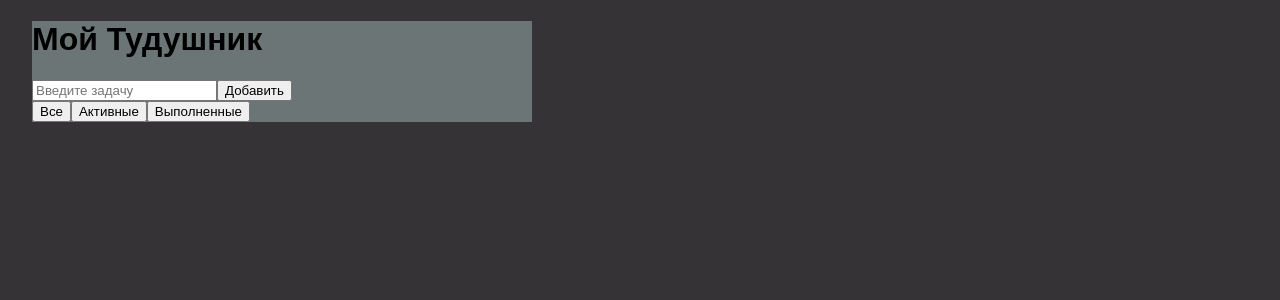
Repository: AlekCawka/-todo-project
Page: /
The author's editor kept a copy of each file at every save. The page is drawn from the files as they stood at one save, then again after the next save.
The browser window is 1280 px wide. The pictures show the whole page.
The project was rebuilt for these pictures with package versions that can differ from the ones it lists, and the page was loaded fresh each time. Also part of the build but not shown: vite.config.js.

Above is the page before, as saved 2025-08-06 22:01:38.

### src/main.jsx
import React from 'react'
import ReactDOM from 'react-dom/client'
import App from './App.jsx'

ReactDOM.createRoot(document.getElementById('root')).render(
  <React.StrictMode>
    <App />
  </React.StrictMode>
)

### src/App.jsx
import React, { useState } from 'react';
import { useTodos } from './hooks/useTodos';

import './App.css';

const App = () => {
  const { todos, addTodo, deleteTodo, updateTodo, toggleCompleted } = useTodos();
  const [inputValue, setInputValue] = useState('');
  const [filter, setFilter] = useState('all');

  const handleAdd = () => {
    addTodo(inputValue);
    setInputValue('');
  }

  const handleChange = (e) => {
    setInputValue(e.target.value);
  }

  const getFilteredTodos = (todos, filter) => {
    switch (filter) {
      case 'active':
        return todos.filter(todo => !todo.completed);
      case 'completed':
        return todos.filter(todo => todo.completed);
      default:
        return todos;
    }
  };

  const filteredTodos = getFilteredTodos(todos, filter);

  return (
    <div className="container">
      <h1 className="title">Мой Тудушник</h1>

      <div className="form">
        <input
          type="text"
          placeholder="Введите задачу"
          value={inputValue}
          onChange={handleChange}
        />
        <button onClick={handleAdd}>Добавить</button>
      </div>

      <div className="filters">
        <button onClick={() => setFilter('all')}>Все</button>
        <button onClick={() => setFilter('active')}>Активные</button>
        <button onClick={() => setFilter('completed')}>Выполненные</button>
      </div>

      <ul className="list">
        {filteredTodos.map(todo => (
          <li key={todo.id} className="todo-item">
            <input
              type="checkbox"
              checked={todo.completed}
              onChange={() => toggleCompleted(todo.id)}
            />
            <span
              style={{ textDecoration: todo.completed ? 'line-through' : 'none' }}
            >
              {todo.text}
            </span>
            <button onClick={() => {
              const newText = prompt('Новое значение:', todo.text);
              if (newText) updateTodo(todo.id, newText);
            }}>Редактировать</button>
            <button onClick={() => deleteTodo(todo.id)}>Удалить</button>
          </li>
        ))}
      </ul>
    </div>
  );
};

export default App;

### src/hooks/useTodos.js
import { useState, useEffect } from 'react';
import { Trash2, Edit, Clock, Calendar, CheckSquare, Square } from 'lucide-react';

const generateId = () => crypto?.randomUUID?.() || `${Date.now()}-${Math.random()}`;

export const useTodos = () => {
    const [todos, setTodos] = useState([]);

    const normalize = (text) => text.trim().toLowerCase();

    useEffect(() => {
        const stored = localStorage.getItem('todos');
        if (stored) {
            setTodos(JSON.parse(stored));
        }
    }, []);

    useEffect(() => {
        localStorage.setItem('todos', JSON.stringify(todos));
    }, [todos]);

    const addTodo = (text, deadline = null) => {
        const trimmed = text.trim();

        if (!trimmed) return;

        const isDuplicate = todos.some(todo => normalize(todo.text) === normalize(text));

        if (isDuplicate) {
            return;
        }

        const newTodo = {
            id: generateId(),
            text: trimmed,
            completed: false,
            createdAt: new Date().toISOString(),
            deadline: deadline || null,
        };
        setTodos(prevTodos => [newTodo, ...prevTodos]);
    };

    const deleteTodo = (id) => {
        setTodos(prev => prev.filter(todo => todo.id !== id));
    };

    const updateTodo = (id, updates) => {
        setTodos(prev =>
            prev.map(todo =>
                todo.id === id ?
                    { ...todo, ...updates } : todo
            )
        );
    };

    const toggleCompleted = (id) => {
        setTodos(prev =>
            prev.map(todo =>
                todo.id === id ?
                    { ...todo, completed: !todo.completed } : todo
            )
        )
    }

    return {
        todos,
        addTodo,
        deleteTodo,
        updateTodo,
        toggleCompleted
    };
};

### src/App.css
body {
    margin: 0;
    padding: 0;
    background: rgb(53, 51, 54);
    font-family: sans-serif;
}

.container {
    max-width: 500px;
    background-color: rgb(108, 117, 117);
    margin: 16px 32px;
}
/* body {
    font-family: sans-serif;
    background: rgb(53, 51, 54);
    margin: 0;
    padding: 0;
}

.container {
    max-width: 500px;
    margin: 20px auto;
    padding: 32px 16px;
    background-color: rgb(108, 117, 117);
}

.title {
    text-align: center;
    font-size: 28px;
    margin-bottom: 2rem;
    color: white;
}

.form {
    display: flex;
    gap: 10px;
    margin-bottom: 14px;
}

.form input {
    flex: 1;
    padding: 8px;
    border: 1px solid #007bff;
    border-radius: 7px;

}

.form button {
    background-color: #007bff;
    color: white;
    border: none;
    border-radius: 7px;
    cursor: pointer;
    transition: background-color 0.3s;
}

.form button:hover {
    background-color: #0056b3;
}

.filters {
    display: flex;
    justify-content: center;
    gap: 8px;
}

.filters button {
    padding: 7px 12px;
    background-color: #007bff;
    color: white;
    border-radius: 8px;
    border: none;
    cursor: pointer;
    transition: all 0.2s;

}

.filters button:hover {
    background-color: #0056b3;
}

.list {
    list-style: none;
    padding: 0;
    margin-top: 15px;
}

.todo-item {
    display: flex;
    align-items: center;
    gap: 8px;
    background-color: rgba(250, 244, 244, 0.203);
    padding: 10px;
    margin-bottom: 12px;
    border-radius: 8px;
    box-shadow: 0 1px 3px rgba(0, 0, 0, 0.4);
}

.todo-item span {
    flex: 1;
    font-size: 16px;
    color: white;
    word-break: break-word;
}

.todo-item button {
    background: white;
    border: none;
    border-radius: 8px;
    cursor: pointer;
    font-size: 14px;
    width: 120px;
}

.todo-item input[type="checkbox"] {
    width: 18px;
    height: 18px;
} */

After the next save:
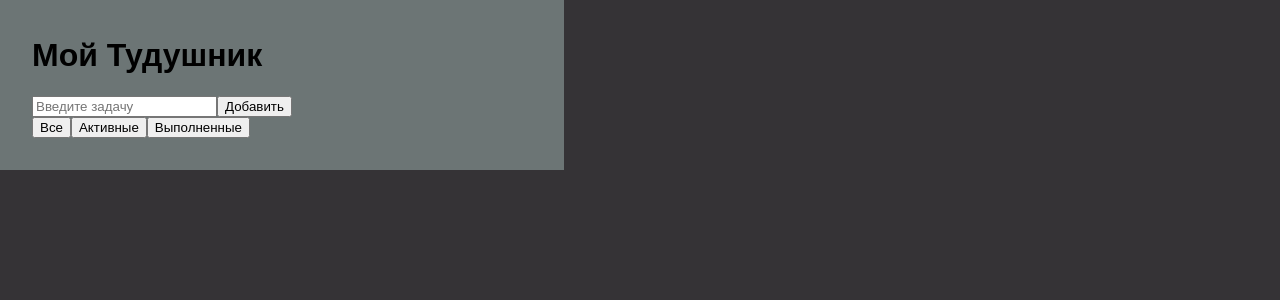
Saved 12 s later.
--- a/src/App.css
+++ b/src/App.css
@@ -8,7 +8,8 @@ body {
 .container {
     max-width: 500px;
     background-color: rgb(108, 117, 117);
-    margin: 16px 32px;
+    padding: 16px 32px;
+
 }
 /* body {
     font-family: sans-serif;
